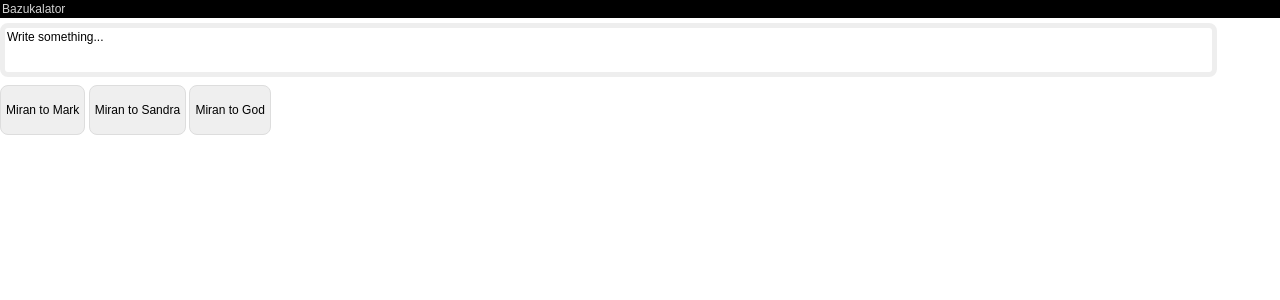
Repository: mbadzak/bazukalator
Page: Bazukalator/assets/www/index.html
These files come from the project's save history. The page is drawn as it stood at one moment and after the next save; the edit follows.
The browser window is 1280 px wide. The pictures show the whole page.

Above is the page before, as saved 2012-10-14 06:06:46.

After the next save:
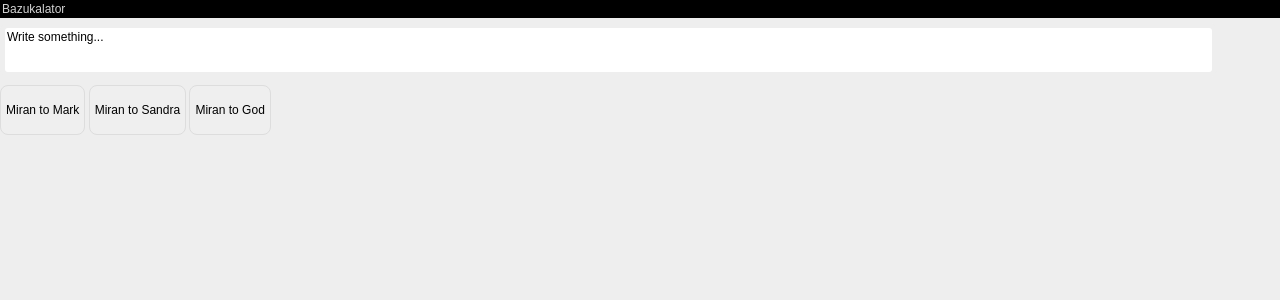
Saved 12 min 48 s later.
--- a/Bazukalator/assets/www/index.html
+++ b/Bazukalator/assets/www/index.html
@@ -19,7 +19,7 @@
   top: 1px;
 }
 body {
-  background-image: none;
+  background-color: #EEEEEE;
 }
 .this_page {
   text-align: left;
